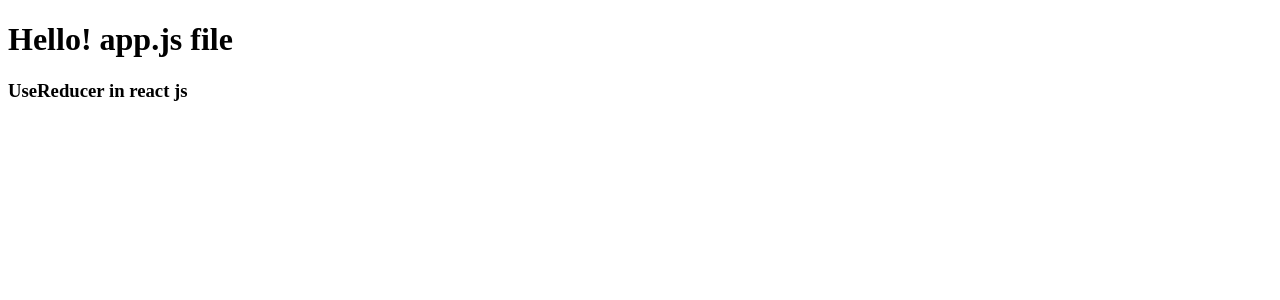
Repository: Gulzarokz/React_Course_Review
Page: / (app in vite-Project/)
An editor plug-in stored every save of this project. The page is shown before and after a run of saves, followed by the edit.
The browser window is 1280 px wide. The pictures show the whole page.
The project was rebuilt for these pictures with package versions that can differ from the ones it lists, and the page was loaded fresh each time. Also part of the build but not shown: vite-Project/vite.config.js.

Above is the page before, as saved 2026-04-28 14:06:02.

After the next 2 saves:
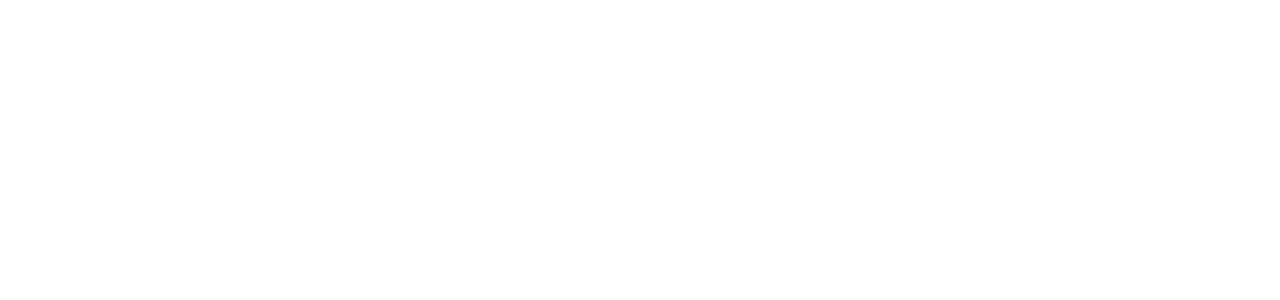
Console error: ReferenceError: intialState is not defined
The 2 saves are shown as one change because 1 did not build or start.
The last was saved 90 s later.
--- a/vite-Project/src/UseReducer.jsx
+++ b/vite-Project/src/UseReducer.jsx
@@ -1,7 +1,10 @@
 import React, { useReducer } from 'react'
 
+intialState = 0
+
+
 const UseReducer = () => {
-    useReducer()
+    const [count, dispatch] = useReducer(reducer, intialState)
     return (
         <>
             <h3>UseReducer in react js</h3>

After the 6 saves that followed:
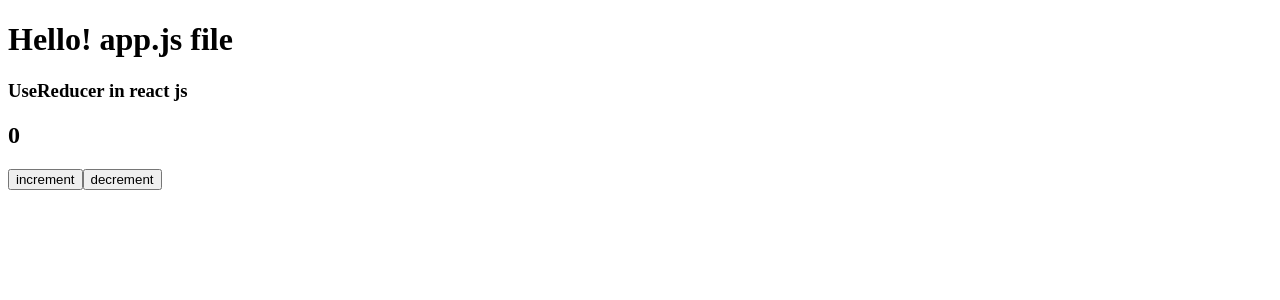
The error is gone.
The 6 saves are shown as one change because 2 did not build or start and 3 left the picture as it was.
The last was saved 6 min 31 s later.
--- a/vite-Project/src/UseReducer.jsx
+++ b/vite-Project/src/UseReducer.jsx
@@ -1,13 +1,28 @@
 import React, { useReducer } from 'react'
 
-intialState = 0
+const intialState = 0
+const reducer = (state, action) => {
+    switch (action) {
+        case "increment":
+            return state + 1
 
+        case "decrement":
+            return state - 1
+
+
+        default:
+            return state
+    }
+}
 
 const UseReducer = () => {
     const [count, dispatch] = useReducer(reducer, intialState)
     return (
         <>
             <h3>UseReducer in react js</h3>
+            <h2>{count}</h2>
+            <button onClick={() => dispatch("increment")}>increment</button>
+            <button onClick={() => dispatch("increment")}>decrement</button>
         </>
     )
 }
